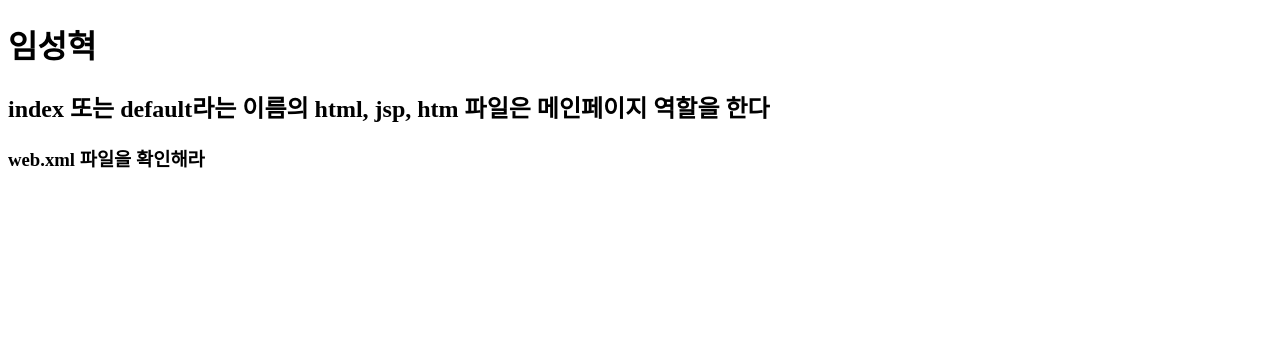
Repository: limbit95/05_Server
Page: ServletProject/src/main/webapp/index.html
An editor plug-in stored every save of this project. The page is shown before and after the next save, followed by the edit.
The browser window is 1280 px wide. The pictures show the whole page.

Above is the page before, as saved 2024-03-21 02:18:33.

After the next save:
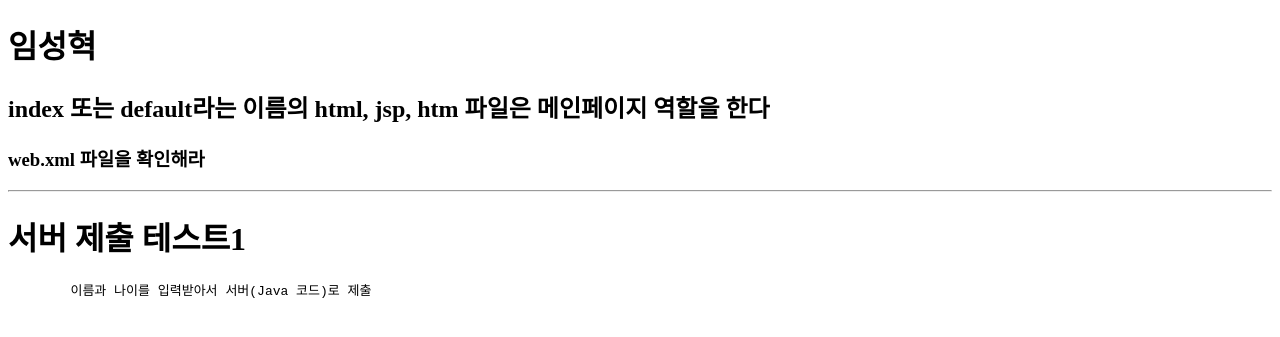
Saved 15 min 37 s later.
--- a/ServletProject/src/main/webapp/index.html
+++ b/ServletProject/src/main/webapp/index.html
@@ -9,5 +9,12 @@
     <h1>임성혁</h1>
     <h2>index 또는 default라는 이름의 html, jsp, htm 파일은 메인페이지 역할을 한다</h2>
     <h3>web.xml 파일을 확인해라</h3>
+
+    <hr>
+
+    <h1>서버 제출 테스트1</h1>
+    <pre>
+    	이름과 나이를 입력받아서 서버(Java 코드)로 제출
+    </pre>
 </body>
 </html>
